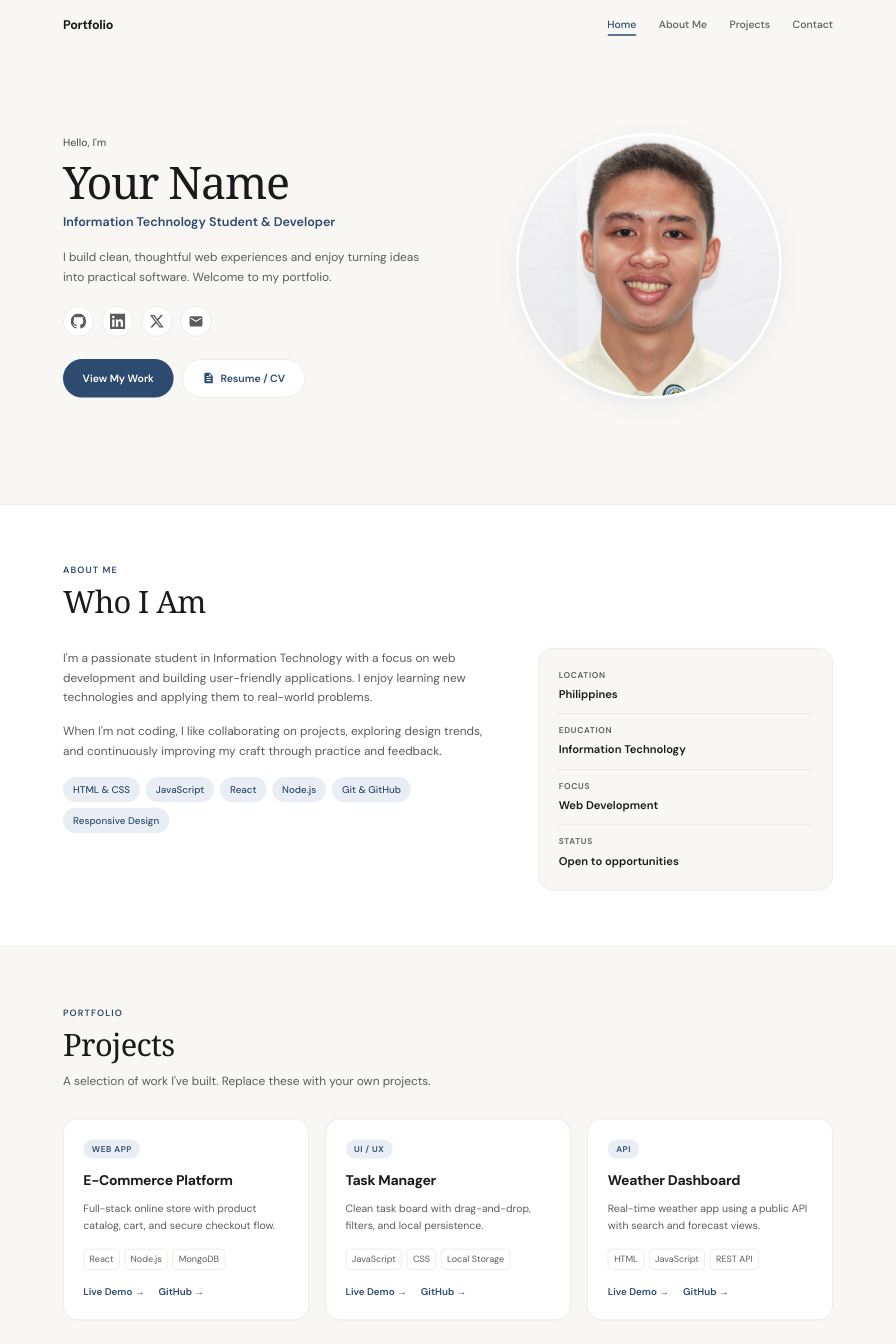
Repository: CodeJack0/Professional_Portfolio
Page: index.html
The author's editor kept a copy of each file at every save. The page is drawn from the files as they stood at one save, then again after the next save.
The browser window is 1280 px wide. The pictures show the part of the page from y = 0 to 1920 px (the page is 2997 px tall), at 70% of full size.
Some web fonts or font styles are not loaded; a fallback is used.

Above is the page before, as saved 2026-05-29 21:52:21.

After the next save:
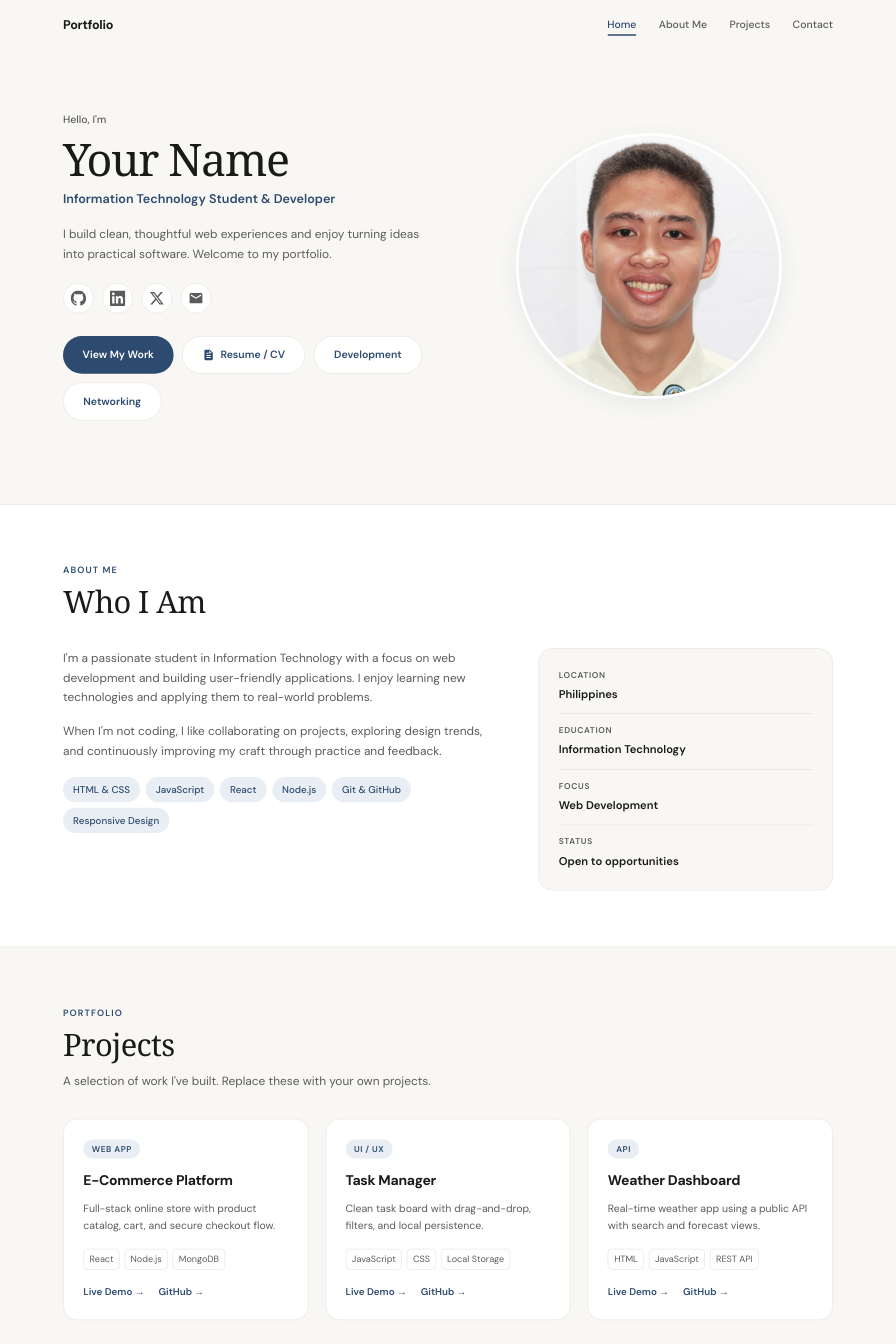
Saved 8 s later.
--- a/index.html
+++ b/index.html
@@ -60,6 +60,8 @@
               <svg viewBox="0 0 24 24" width="18" height="18" aria-hidden="true"><path fill="currentColor" d="M14 2H6a2 2 0 0 0-2 2v16a2 2 0 0 0 2 2h12a2 2 0 0 0 2-2V8l-6-6zm-1 2 5 5h-5V4zM8 12h8v2H8v-2zm0 4h8v2H8v-2zm0-8h4v2H8V8z"/></svg>
               Resume / CV
             </a>
+            <a href="pages/resume_development.html" class="btn btn-secondary">Development</a>
+            <a href="pages/resume_networking.html" class="btn btn-secondary">Networking</a>
           </div>
         </div>
         <div class="hero-image-wrap">
